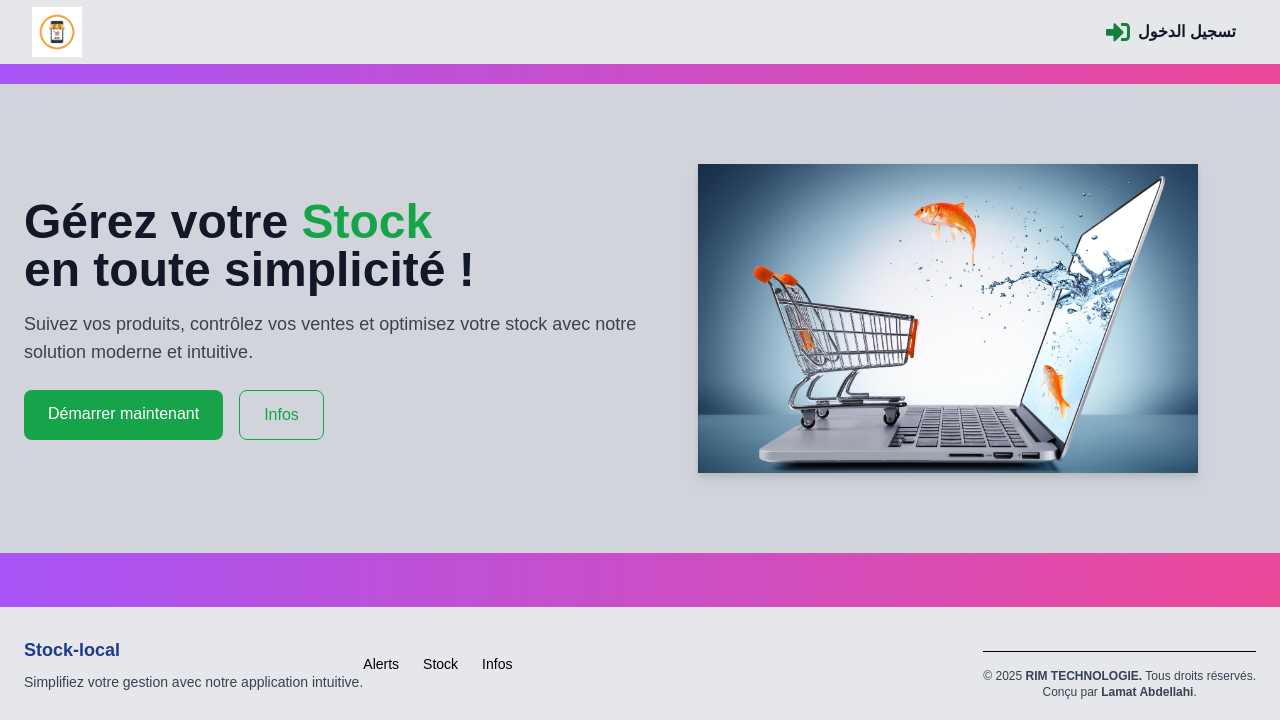
Repository: lamatmed/stock-mr
Page: /
The author's editor kept a copy of each file at every save. The page is drawn from the files as they stood at one save, then again after the next save.
The browser window is 1280 px wide. The pictures show the whole page.
The page's requests for data from a server got no answer. The project was rebuilt for these pictures with package versions that can differ from the ones it lists, and the page was loaded fresh each time. Some packages were replaced by stand-ins written for this rebuild. The framework's server and built-in components were replaced by stand-ins that run in the browser. No one was signed in, and anything a server would have sent is missing. Also part of the build but not shown: next.config.ts.

Above is the page before, as saved 2025-04-14 21:01:08.

### app/layout.tsx
/* eslint-disable @typescript-eslint/no-unused-vars */
import type { Metadata } from "next";
import { Geist, Geist_Mono } from "next/font/google";
import "./globals.css";
import Footer from "./components/Footer";
import { ToastContainer } from "react-toastify";
import Header from "./components/Header";
import Background from "./components/Background"; // Import du fond animé

const geistSans = Geist({
  variable: "--font-geist-sans",
  subsets: ["latin"],
});

const geistMono = Geist_Mono({
  variable: "--font-geist-mono",
  subsets: ["latin"],
});

export const metadata: Metadata = {
  title: "Stock-Local",
  description: "Application de gestion de stock de Lamat Abdellahi",
  icons: {
    icon: "/logo.svg", // Remplace par le chemin de ton icône
    shortcut: "/logo.png",
    apple: "/logo.png",
  },
};

export default function RootLayout({
  children,
}: Readonly<{
  children: React.ReactNode;
}>) {
  return (
    <html lang="fr">
      <body className={`${geistSans.variable} ${geistMono.variable} antialiased relative`}>
        <Background /> {/* Ajout du fond animé ici */}

        <div className="min-h-screen flex flex-col relative z-10">
          <Header />
          <main className="flex-grow">{children}</main>
          <Footer />
        </div>

        <ToastContainer />
      </body>
    </html>
  );
}

### app/page.tsx
"use client";
import { useState, useEffect } from "react";
import Image from "next/image";
import Link from "next/link";
import Loader from "./components/Loader";

const Hero = () => {
  const [loading, setLoading] = useState(true);

  useEffect(() => {
    setTimeout(() => setLoading(false), 1500); // Simule un chargement de 1.5s
  }, []);

  return (
    <section className="relative bg-gray-300 py-20 mt-5">
      <div className="container mx-auto px-6 flex flex-col-reverse lg:flex-row items-center justify-between">
        {loading ? (
          // Loader
          <div className="w-full flex justify-center items-center min-h-[400px]">
            <Loader/>
          </div>
        ) : (
          <>
            {/* Texte */}
            <div className="lg:w-1/2 text-center lg:text-left">
              <h1 className="text-4xl font-bold text-gray-900 sm:text-5xl">
                Gérez votre <span className="text-green-600">Stock</span> <br /> en toute simplicité !
              </h1>
              <p className="mt-4 text-lg text-gray-700">
                Suivez vos produits, contrôlez vos ventes et optimisez votre stock avec notre solution moderne et intuitive.
              </p>
              <div className="mt-6 flex justify-center lg:justify-start space-x-4">
                <Link
                  href="/login"
                  className="px-6 py-3 text-white bg-green-600 rounded-lg hover:text-white hover:bg-blue-800 transition"
                >
                  Démarrer maintenant
                </Link>
                <Link
                  href="/about"
                  className="px-6 py-3 text-green-600 border border-green-600 rounded-lg hover:bg-green-600 hover:text-white transition"
                >
                  Infos
                </Link>
              </div>
            </div>

            {/* Image */}
            <div className="lg:w-1/2 flex justify-center">
              <Image
                src="/R.jpg" // Remplace avec une vraie image
                alt="Gestion de stock"
                width={500}
                height={500}
                className="drop-shadow-lg"
              />
            </div>
          </>
        )}
      </div>
    </section>
  );
};

export default Hero;

### app/globals.css
@tailwind base;
@tailwind components;
@tailwind utilities;


:root {
  --background: #ffffff;
  --foreground: #171717;
}

@theme inline {
  --color-background: var(--background);
  --color-foreground: var(--foreground);
  --font-sans: var(--font-geist-sans);
  --font-mono: var(--font-geist-mono);
}

@media (prefers-color-scheme: dark) {
  :root {
    --background: #0a0a0a;
    --foreground: #ededed;
  }
}

body {
  background: var(--background);
  color: var(--foreground);
  font-family: Arial, Helvetica, sans-serif;
}
@font-face {
  font-family: 'Geist';
  src: url('/fonts/Geist-Regular.woff2') format('woff2'),
       url('/fonts/Geist-Regular.ttf') format('truetype');
  font-weight: 400;
  font-style: normal;
}

@font-face {
  font-family: 'Geist Mono';
  src: url('/fonts/GeistMono-Regular.woff2') format('woff2'),
       url('/fonts/GeistMono-Regular.ttf') format('truetype');
  font-weight: 400;
  font-style: normal;
}

### app/components/Footer.tsx
'use client';

import Link from "next/link";

const Footer = () => {
  return (
    <footer className=" w-full py-5 bg-gray-200 shadow-md">
			<div className="flex flex-col md:flex-row items-center justify-between px-6 mx-auto max-w-7xl">
        <div className="flex flex-col items-center justify-between sm:flex-row">
          {/* Logo et description */}
          <div className="mb-4 sm:mb-0">
            <Link href="/">
              <span className="text-lg font-bold text-blue-900">Stock-local</span>
            </Link>
            <p className="mt-2 text-sm text-gray-700">
              Simplifiez votre gestion avec notre application intuitive.
            </p>
          </div>

          {/* Liens rapides */}
          <div className="flex flex-wrap justify-center gap-6 text-sm">

            <Link href="/alerts" className="text-black hover:bg-blue-300 transition">
              Alerts
            </Link>
            <Link href="/stock" className="text-black hover:bg-blue-300 transition">
              Stock
            </Link>
            <Link href="/about" className="text-black hover:bg-blue-300 transition">
              Infos
            </Link>
          </div>
        </div>

        <div className="mt-6 border-t border-black pt-4 text-center">
          <p className="text-xs text-gray-700">
            © {new Date().getFullYear()}  <span className="text-primary font-bold">RIM TECHNOLOGIE.</span> Tous droits réservés.
          </p>
          <p className="text-xs text-gray-700">
            Conçu par <span className=" font-bold">Lamat Abdellahi</span>.
          </p>
        </div>
      </div>
    </footer>
  );
};

export default Footer;

### app/components/Header.tsx
'use client';
import { useState, useEffect } from "react";
import Image from "next/image";
import Link from "next/link";
import logo from "../../public/lok.jpg";
import { FaSignInAlt, FaSignOutAlt, FaBars, FaTimes, FaProductHunt, FaFileInvoiceDollar, FaUserTie } from "react-icons/fa";
import { LuLayoutDashboard } from "react-icons/lu";
import { MdAddBox, MdProductionQuantityLimits } from "react-icons/md";
import { FaCartShopping, FaUsersBetweenLines } from "react-icons/fa6";

import Swal from "sweetalert2";
import { useRouter } from "next/navigation";
import { FiAlertTriangle } from "react-icons/fi";

interface User {
  nom: string;
  admin: boolean;
}

const Header = () => {
  const [isMenuOpen, setIsMenuOpen] = useState(false);
  const [user, setUser] = useState<User | null>(null);
  const [admin, setAdmin] = useState(false);
  const router = useRouter();

  const fetchUser = async () => {
    try {
      const response = await fetch("/api/user");
      if (response.ok) {
        const userData = await response.json();
        setUser(userData);
        setAdmin(userData.admin);
      } else {
        setUser(null);
        setAdmin(false);
      }
    } catch (error) {
      console.error("خطأ في جلب المستخدم:", error);
      setUser(null);
      setAdmin(false);
    }
  };

  useEffect(() => {
    fetchUser();
    const interval = setInterval(fetchUser, 5000);
    return () => clearInterval(interval);
  }, []);

  const handleSignOut = async () => {
    try {
      const result = await Swal.fire({
        title: "هل أنت متأكد أنك تريد تسجيل الخروج؟",
        text: "ستحتاج إلى تسجيل الدخول مرة أخرى للوصول إلى حسابك.",
        icon: "warning",
        showCancelButton: true,
        confirmButtonColor: "#d33",
        cancelButtonColor: "#3085d6",
        confirmButtonText: "نعم، تسجيل الخروج",
        cancelButtonText: "إلغاء",
      });

      if (!result.isConfirmed) return;

      await fetch("/api/logout", { method: "POST" });
      setUser(null);
      setAdmin(false);

      Swal.fire({
        icon: "success",
        title: "تم تسجيل الخروج بنجاح",
        text: "تم تسجيل خروجك بنجاح.",
        confirmButtonText: "موافق",
      });

      router.push("/");
    } catch (error) {
      console.error("خطأ أثناء تسجيل الخروج:", error);
      Swal.fire({
        icon: "error",
        title: "خطأ",
        text: "حدث خطأ أثناء تسجيل الخروج.",
        confirmButtonText: "موافق",
      });
    }
  };

  return (
    <header className="bg-gray-200">
      <nav className="px-4 mx-auto max-w-7xl sm:px-6 lg:px-8">
        <div className="flex items-center justify-between h-16">
          <div className="flex items-center">
            <Link href="/">
              <Image src={logo} alt="stok-app" width={50} height={50} />
            </Link>
            <div className="hidden md:block">
              <div className="flex items-baseline ml-10 space-x-4">
                {user && (
                  <>
                    {admin && (
                      <>
                        <Link href="/products" className="px-3 py-2 text-sm font-medium text-gray-800 rounded-md hover:bg-gray-700 hover:text-white">
                          <FaProductHunt className="text-blue-500" size={24} /> المنتجات
                        </Link>
                        <Link href="/commandes" className="px-3 py-2 text-sm font-medium text-gray-800 rounded-md hover:bg-gray-700 hover:text-white">
                          <FaFileInvoiceDollar className="text-blue-500" size={24} /> الفواتير
                        </Link>
                        <Link href="/update" className="px-3 py-2 text-sm font-medium text-gray-800 rounded-md hover:bg-gray-700 hover:text-white">
                          <MdAddBox className="text-blue-500" size={24} /> إضافة
                        </Link>
                      </>
                    )}
                    <Link href="/sales" className="px-3 py-2 text-sm font-medium text-gray-800 rounded-md hover:bg-gray-700 hover:text-white">
                      <FaCartShopping className="text-blue-500" size={24} /> بيع
                    </Link>
                    <Link href="/stock" className="px-3 py-2 text-sm font-medium text-gray-800 rounded-md hover:bg-gray-700 hover:text-white">
                      <MdProductionQuantityLimits className="text-blue-500" size={24} /> المخزون
                    </Link>
                    <Link href="/clients" className="px-3 py-2 text-sm font-medium text-gray-800 rounded-md hover:bg-gray-700 hover:text-white">
                      <FaUsersBetweenLines className="text-blue-500" size={24} /> الزبائن
                    </Link>
                    <Link href="/alerts" className="px-3 py-2 text-sm font-medium text-gray-800 rounded-md hover:bg-gray-700 hover:text-white">
                      <FiAlertTriangle className="text-red-500" size={24} /> التنبيهات
                    </Link>
                  </>
                )}
              </div>
            </div>
          </div>

          <div className="flex items-center ml-auto">
            {!user && (
              <Link href="/login" className="mr-3 text-gray-900 hover:bg-blue-600 font-bold">
                <FaSignInAlt className="inline mr-1 text-green-700 text-2xl" /> تسجيل الدخول
              </Link>
            )}
            {user && (
              <>
                {admin && (
                  <div className="flex flex-wrap sm:flex-nowrap items-center gap-2 sm:gap-4">
                    <Link href="/users" className="flex items-center text-gray-900 hover:bg-blue-200 font-bold p-1 sm:p-2 rounded text-sm sm:text-base">
                      <FaUserTie className="mr-1 sm:mr-2 text-blue-700" size={24} /> المستخدمين
                    </Link>
                    <Link href="/dashboard" className="flex items-center text-gray-900 hover:bg-blue-200 font-bold p-1 sm:p-2 rounded text-sm sm:text-base">
                      <LuLayoutDashboard className="mr-1 sm:mr-2 text-green-700" size={24} /> لوحة التحكم
                    </Link>
                  </div>
                )}
                <button
                  onClick={handleSignOut}
                  className="mx-3 text-gray-900 hover:bg-blue-200 font-bold"
                >
                  <FaSignOutAlt className="inline mr-1 text-red-700 text-2xl" /> تسجيل الخروج
                </button>
              </>
            )}
            <button
              onClick={() => setIsMenuOpen(!isMenuOpen)}
              className="text-gray-800 md:hidden hover:text-gray-600"
            >
              {isMenuOpen ? <FaTimes size={24} /> : <FaBars size={24} />}
            </button>
          </div>
        </div>
      </nav>

      {isMenuOpen && (
        <div className="bg-gray-200 md:hidden">
          <div className="px-2 pt-2 pb-3 space-y-1 sm:px-3">
            {user && (
              <>
                {admin && (
                  <>
                    <Link href="/products" className="block px-3 py-2 text-base font-medium text-gray-800 rounded-md hover:bg-gray-700 hover:text-white">
                      <FaProductHunt className="inline mr-1" /> المنتجات
                    </Link>
                    <Link href="/commandes" className="block px-3 py-2 text-base font-medium text-gray-800 rounded-md hover:bg-gray-700 hover:text-white">
                      <FaFileInvoiceDollar className="inline mr-1" /> الفواتير
                    </Link>
                    <Link href="/update" className="block px-3 py-2 text-base font-medium text-gray-800 rounded-md hover:bg-gray-700 hover:text-white">
                      <MdAddBox className="inline mr-1" /> إضافة
                    </Link>
                  </>
                )}
                <Link href="/stock" className="block px-3 py-2 text-base font-medium text-gray-800 rounded-md hover:bg-gray-700 hover:text-white">
                  <MdProductionQuantityLimits className="inline mr-1" /> المخزون
                </Link>
                <Link href="/sales" className="block px-3 py-2 text-base font-medium text-gray-800 rounded-md hover:bg-gray-700 hover:text-white">
                  <FaCartShopping className="inline mr-1" /> بيع
                </Link>
                <Link href="/clients" className="block px-3 py-2 text-base font-medium text-gray-800 rounded-md hover:bg-gray-700 hover:text-white">
                  <FaUsersBetweenLines className="inline mr-1" /> الزبائن
                </Link>
                <Link href="/alerts" className="block px-3 py-2 text-base font-medium text-gray-800 rounded-md hover:bg-gray-700 hover:text-white">
                  <FiAlertTriangle className="text-red-500 inline mr-2" /> التنبيهات
                </Link>
              </>
            )}
          </div>
        </div>
      )}
    </header>
  );
};

export default Header;

### app/components/Background.tsx
"use client";
import { motion } from "framer-motion";

const Background = () => {
  return (
    <motion.div
      className="absolute inset-0 bg-gradient-to-r from-purple-500 to-pink-500 -z-10"
      initial={{ opacity: 0 }}
      animate={{ opacity: 1 }}
      transition={{ duration: 1 }}
    />
  );
};

export default Background;

### app/components/Loader.tsx

import React from 'react';
import styled from 'styled-components';

const Loader = () => {
  return (
    <StyledWrapper>
      <div className="loader" />
    </StyledWrapper>
  );
}

const StyledWrapper = styled.div`
  .loader {
   position: relative;
   width: 2.5em;
   height: 2.5em;
   transform: rotate(165deg);
  }

  .loader:before, .loader:after {
   content: "";
   position: absolute;
   top: 50%;
   left: 50%;
   display: block;
   width: 0.5em;
   height: 0.5em;
   border-radius: 0.25em;
   transform: translate(-50%, -50%);
  }

  .loader:before {
   animation: before8 2s infinite;
  }

  .loader:after {
   animation: after6 2s infinite;
  }

  @keyframes before8 {
   0% {
    width: 0.5em;
    box-shadow: 1em -0.5em rgba(225, 20, 98, 0.75), -1em 0.5em rgba(111, 202, 220, 0.75);
   }

   35% {
    width: 2.5em;
    box-shadow: 0 -0.5em rgba(225, 20, 98, 0.75), 0 0.5em rgba(111, 202, 220, 0.75);
   }

   70% {
    width: 0.5em;
    box-shadow: -1em -0.5em rgba(225, 20, 98, 0.75), 1em 0.5em rgba(111, 202, 220, 0.75);
   }

   100% {
    box-shadow: 1em -0.5em rgba(225, 20, 98, 0.75), -1em 0.5em rgba(111, 202, 220, 0.75);
   }
  }

  @keyframes after6 {
   0% {
    height: 0.5em;
    box-shadow: 0.5em 1em rgba(61, 184, 143, 0.75), -0.5em -1em rgba(233, 169, 32, 0.75);
   }

   35% {
    height: 2.5em;
    box-shadow: 0.5em 0 rgba(61, 184, 143, 0.75), -0.5em 0 rgba(233, 169, 32, 0.75);
   }

   70% {
    height: 0.5em;
    box-shadow: 0.5em -1em rgba(61, 184, 143, 0.75), -0.5em 1em rgba(233, 169, 32, 0.75);
   }

   100% {
    box-shadow: 0.5em 1em rgba(61, 184, 143, 0.75), -0.5em -1em rgba(233, 169, 32, 0.75);
   }
  }

  .loader {
   position: absolute;
   top: calc(50% - 1.25em);
   left: calc(50% - 1.25em);
  }`;

export default Loader;

### tailwind.config.js
module.exports = {
    content: [
      "./pages/**/*.{js,ts,jsx,tsx}",  // Inclure tous les fichiers dans /pages
      "./components/**/*.{js,ts,jsx,tsx}",  // Inclure tous les fichiers dans /components
      "./app/**/*.{js,ts,jsx,tsx}",  // Pour Next.js 13+
    ],
    theme: {
      extend: {},
    },
    plugins: [],
  };

After the next save:
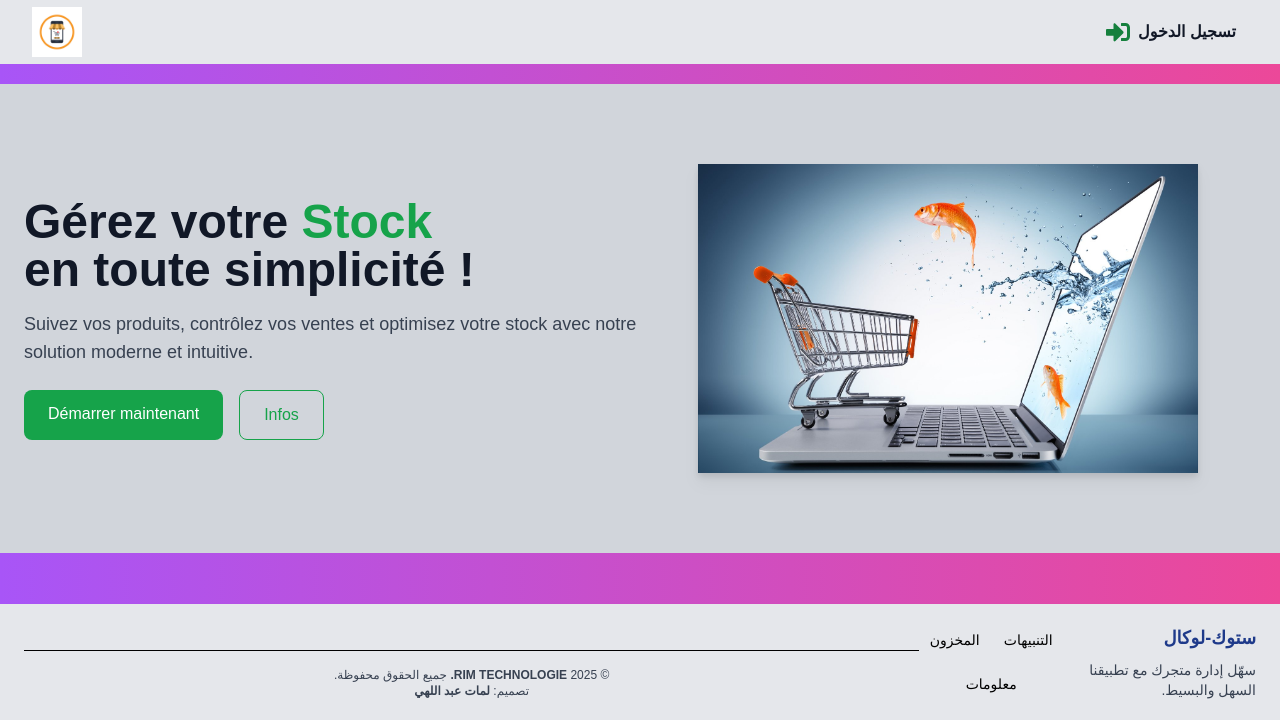
Saved 76 s later.
--- a/app/components/Footer.tsx
+++ b/app/components/Footer.tsx
@@ -4,40 +4,39 @@ import Link from "next/link";
 
 const Footer = () => {
   return (
-    <footer className=" w-full py-5 bg-gray-200 shadow-md">
-			<div className="flex flex-col md:flex-row items-center justify-between px-6 mx-auto max-w-7xl">
+    <footer className="w-full py-5 bg-gray-200 shadow-md" dir="rtl">
+      <div className="flex flex-col md:flex-row items-center justify-between px-6 mx-auto max-w-7xl">
         <div className="flex flex-col items-center justify-between sm:flex-row">
-          {/* Logo et description */}
-          <div className="mb-4 sm:mb-0">
+          {/* الشعار والوصف */}
+          <div className="mb-4 sm:mb-0 text-center sm:text-right">
             <Link href="/">
-              <span className="text-lg font-bold text-blue-900">Stock-local</span>
+              <span className="text-lg font-bold text-blue-900">ستوك-لوكال</span>
             </Link>
             <p className="mt-2 text-sm text-gray-700">
-              Simplifiez votre gestion avec notre application intuitive.
+              سهّل إدارة متجرك مع تطبيقنا السهل والبسيط.
             </p>
           </div>
 
-          {/* Liens rapides */}
-          <div className="flex flex-wrap justify-center gap-6 text-sm">
-
+          {/* روابط سريعة */}
+          <div className="flex flex-wrap justify-center gap-6 text-sm mt-4 sm:mt-0">
             <Link href="/alerts" className="text-black hover:bg-blue-300 transition">
-              Alerts
+              التنبيهات
             </Link>
             <Link href="/stock" className="text-black hover:bg-blue-300 transition">
-              Stock
+              المخزون
             </Link>
             <Link href="/about" className="text-black hover:bg-blue-300 transition">
-              Infos
+              معلومات
             </Link>
           </div>
         </div>
 
-        <div className="mt-6 border-t border-black pt-4 text-center">
+        <div className="mt-6 border-t border-black pt-4 text-center w-full">
           <p className="text-xs text-gray-700">
-            © {new Date().getFullYear()}  <span className="text-primary font-bold">RIM TECHNOLOGIE.</span> Tous droits réservés.
+            © {new Date().getFullYear()} <span className="text-primary font-bold">RIM TECHNOLOGIE.</span> جميع الحقوق محفوظة.
           </p>
           <p className="text-xs text-gray-700">
-            Conçu par <span className=" font-bold">Lamat Abdellahi</span>.
+            تصميم: <span className="font-bold">لمات عبد اللهي</span>
           </p>
         </div>
       </div>
